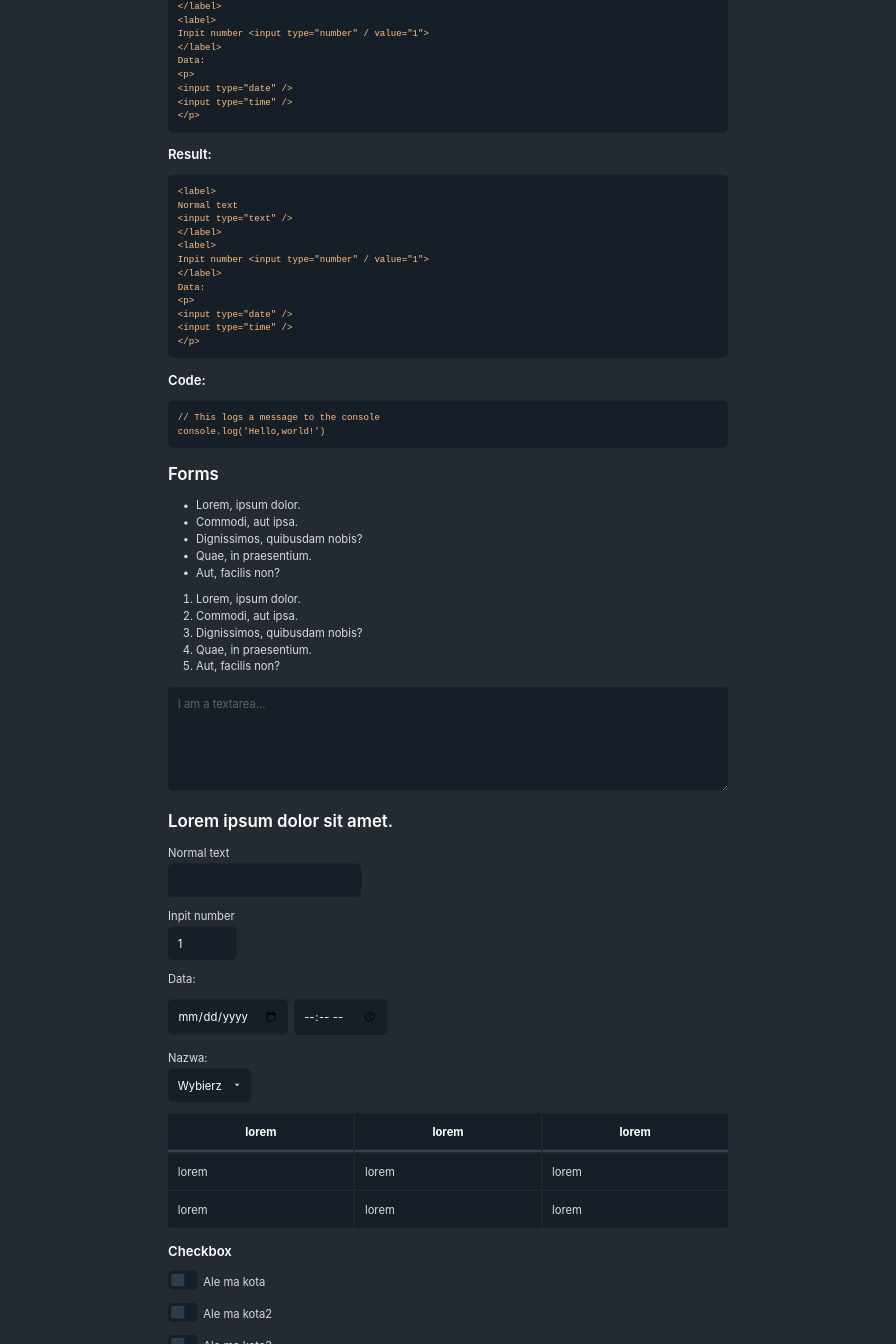
Repository: KozakBartosz/Draft
Page: index.html
The author's editor kept a copy of each file at every save. The page is drawn from the files as they stood at one save, then again after the next save.
The browser window is 1280 px wide. The pictures show the part of the page from y = 611 to 2531 px (the page is 4439 px tall before and 4512 px after), at 70% of full size.

Above is the page before, as saved 2019-04-12 08:37:57.

### index.html
<!DOCTYPE html>
<html lang="en">
	<head>
		<meta charset="UTF-8" />
		<meta name="viewport" content="width=device-width, initial-scale=1.0" />
		<meta http-equiv="X-UA-Compatible" content="ie=edge" />
		<title>Draft.css</title>
		<link rel="stylesheet" href="draft.css" />
	</head>
	<body>
		<h1><input type="checkbox" checked="checked" /> Draft.css</h1>
		<div style="float: right">
			Thema:
			<select name="" id="changethema">
				<option value="0">Defult</option>
				<option value="1">Defult mini</option>
				<option value="2">Light</option>
				<option value="3">Blood</option>
				<option value="4">Matrix</option>
			</select>
		</div>
		<h1>The most simple css framwork</h1>
		<h2>What is draft.css</h2>
		<p>
			Framwork is targeted at quickly creating prototypes of forms and
			simple template. Designed to written html code looked beautiful and
			did not require any class and non-standard elements.
		</p>
		<h2>How use</h2>
		<p>All you have to do is add this code to the head section:</p>

		<pre><code>&lt;link rel="stylesheet" href="https://kozakbartosz.pl/draft/def.css" /&gt;</code></pre>

		<h1>Examples:</h1>

		<h3>Code:</h3>

		<pre><code>&lt;label&gt;<br />Normal text<br />&lt;input type="text" /&gt;<br />&lt;/label&gt;<br />&lt;label&gt;<br />Inpit number &lt;input type="number" / value="1"&gt;<br />&lt;/label&gt;<br />Data:<br />&lt;p&gt;<br />&lt;input type="date" /&gt;<br />&lt;input type="time" /&gt;<br />&lt;/p&gt;</code></pre>
		<h3>Result:</h3>

		<pre><code>&lt;label&gt;<br />Normal text<br />&lt;input type="text" /&gt;<br />&lt;/label&gt;<br />&lt;label&gt;<br />Inpit number &lt;input type="number" / value="1"&gt;<br />&lt;/label&gt;<br />Data:<br />&lt;p&gt;<br />&lt;input type="date" /&gt;<br />&lt;input type="time" /&gt;<br />&lt;/p&gt;</code></pre>

		<h3>Code:</h3>
		<pre><code>// This logs a message to the console<br />console.log('Hello,world!')</code></pre>

		<h2>Forms</h2>

		<ul>
			<li>Lorem, ipsum dolor.</li>
			<li>Commodi, aut ipsa.</li>
			<li>Dignissimos, quibusdam nobis?</li>
			<li>Quae, in praesentium.</li>
			<li>Aut, facilis non?</li>
		</ul>
		<ol>
			<li>Lorem, ipsum dolor.</li>
			<li>Commodi, aut ipsa.</li>
			<li>Dignissimos, quibusdam nobis?</li>
			<li>Quae, in praesentium.</li>
			<li>Aut, facilis non?</li>
		</ol>
		<textarea
			name="about"
			id="about"
			placeholder="I am a textarea..."
			rows="6"
		></textarea>
		<h2>Lorem ipsum dolor sit amet.</h2>
		<label>
			Normal text
			<input type="text" />
		</label>
		<label>
			Inpit number <input type="number" / value="1">
		</label>
		Data:
		<p>
			<input type="date" />
			<input type="time" />
		</p>
		<label>
			Nazwa:
			<select name="" id="">
				<option value="">Wybierz</option>
				<option value="">jeden</option>
				<option value="">dwa</option>
				<option value="">trzy</option>
			</select>
		</label>

		<table>
			<tr>
				<th>lorem</th>
				<th>lorem</th>
				<th>lorem</th>
			</tr>
			<tr>
				<td>lorem</td>
				<td>lorem</td>
				<td>lorem</td>
			</tr>
			<tr>
				<td>lorem</td>
				<td>lorem</td>
				<td>lorem</td>
			</tr>
		</table>

		<h3>Checkbox</h3>
		<label> <input type="checkbox" /> Ale ma kota </label>

		<label> <input type="checkbox" /> Ale ma kota2 </label>

		<label> <input type="checkbox" /> Ale ma kota3 </label>

		<h3>Radio</h3>
		<label> <input type="radio" name="radio" /> Ale ma kota </label>
		<label> <input type="radio" name="radio" /> Ale ma kota2 </label>
		<label> <input type="radio" name="radio" /> Ale ma kota3 </label>

		<hr />

		<h2>Search</h2>

		<fieldset class="search">
			<legend>Szukaj</legend>
			<form action="produkty,szukaj" method="get">
				<input
					type="text"
					name="q"
					placeholder="Wpisz czego szukasz..."
				/>
				<button>Szukaj</button>
			</form>
		</fieldset>

		<h2>Change button color by html</h2>

		<h2>Code</h2>
		<pre><code>&lt;button&gt;Exit&lt;/button&gt;<br>&lt;button style="--button: #7e1616; --buttonhover: #b40d0d;"&gt;
	Ok<br>&lt;/button&gt;</code></pre>

		<h3>result</h3>
		<button>Exit</button>
		<button style="--button: #7e1616; --buttonhover: #b40d0d;">
			Ok
		</button>

		<h2>Details</h2>

		<details>
			<summary>Szczypta detali</summary>
			<p>Informacje szczegółowe na dany temat.</p>
		</details>

		<details open>
			<summary>Jeszcze wiecej szczegółów</summary>
			<p>Tu jest jeszcze wiecej informacji szczegółowych</p>
		</details>

		<h2>Real Form</h2>

		<form>
			<label for="email">Email</label>
			<input
				type="email"
				name="email"
				id="email"
				placeholder="john.doe@gmail.com"
			/>

			<label for="id">User id (read only)</label>
			<input readonly="" name="id" id="id" value="04D6H89Z" />

			<label for="disabled">Random disabled input</label>
			<input
				disabled=""
				name="disabled"
				id="disabled"
				placeholder="Because why not?"
			/>

			<label for="about">About me</label>

			<input type="checkbox" name="remember" id="remember" checked="" />
			<label for="remember">Remember me</label>

			<input type="submit" />
		</form>

		<p>
			<strong>Lorem ipsum</strong> dolor sit,
			<a href="">amet consectetur adipisicing</a> elit.
			<i>Hic nobis</i> atque eligendi voluptatum doloribus rem praesentium
			veniam quo delectus explicabo, architecto ipsam ipsa unde vitae
			excepturi iusto nesciunt placeat ducimus.
		</p>
		<p>
			Lorem ipsum dolor sit amet consectetur adipisicing elit. Enim saepe
			quisquam delectus accusantium nam recusandae obcaecati ullam, non
			neque <a href="">commodi modi tempore </a>magni magnam. Tenetur
			officiis mollitia facere libero sint.
		</p>
		<h4>Lorem ipsum dolor sit amet.</h4>
		<p>
			Lorem ipsum dolor, sit amet consectetur adipisicing elit. Possimus,
			vero quibusdam. Rerum libero nihil aspernatur, ipsam vel voluptatem
			inventore quasi. Odit, sapiente? Delectus beatae laudantium sapiente
			cupiditate et libero? Corrupti.
		</p>

		<button>Send</button>
		<script>
			var themes = [
				[
					{ brand: "#41adff" },
					{ mainbg: "#232a31" },
					{ mainpaddng: "14px" },
					{ radius: "7px" },

					{ low: "#161f27" },
					{ like: "#2b3c4b" },
					{ midi: "#324759" },
					{ hight: "#0b7392" },

					{ text: "#dbdbdb" },
					{ textContrast: "#fff" },

					{ code: "#ffbe85" },

					{ button: "#2b3c4a" },
					{ buttonhover: "#334a5e" },
					{ buttontext: "#fff" },

					{ fillhover: "#1b2731" }
				],
				[
					{ brand: "#41adff" },
					{ mainbg: "#232a31" },
					{ mainpaddng: "12px" },
					{ radius: "12px" },

					{ low: "#161f27" },
					{ like: "#2b3c4b" },
					{ midi: "#324759" },
					{ hight: "#0b7392" },

					{ text: "#dbdbdb" },
					{ textContrast: "#fff" },

					{ code: "#ffbe85" },

					{ button: "#2b3c4a" },
					{ buttonhover: "#334a5e" },
					{ buttontext: "#fff" },

					{ fillhover: "#1b2731" }
				],
				[
					{ brand: "#41adff" },
					{ mainbg: "#ffffff" },
					{ mainpaddng: "14px" },
					{ radius: "7px" },

					{ low: "#e8f1fa" },
					{ like: "#cfe2f7" },
					{ midi: "#b2cee7" },
					{ hight: "#1db5e4" },

					{ text: "#3f4646" },
					{ textContrast: "#1a1f1f" },

					{ code: "#20595f" },

					{ button: "#3dcca1" },
					{ buttonhover: "#34e0ad" },
					{ buttontext: "#fff" },

					{ fillhover: "#e8f5ff" }
				],
				[
					{ mainpaddng: "18px" },
					{ radius: "3px" },
					{ brand: "#c21a1a" },
					{ mainbg: "#312323" },

					{ code: "#ffbe85" },

					{ text: "#dbdbdb" },
					{ textContrast: "#fff" },

					{ button: "#4a2b2b" },
					{ buttonhover: "#5e3333" },
					{ buttontext: "#fff" },

					{ fillhover: "#311b1b" },

					{ low: "#271616" },
					{ like: "#4b2b2b" },
					{ midi: "#593232" },
					{ hight: "#800f0f" }
				],
				[
					{ mainpaddng: "11px" },
					{ radius: "13px" },
					{ brand: "#1ac260" },
					{ mainbg: "#233126" },

					{ code: "#c0ff85" },

					{ text: "#dbdbdb" },
					{ textContrast: "#fff" },

					{ button: "#324a2b" },
					{ buttonhover: "#385e33" },
					{ buttontext: "#fff" },

					{ fillhover: "#1b3122" },

					{ low: "#162717" },
					{ like: "#2b4b2e" },
					{ midi: "#32593f" },
					{ hight: "#0f803a" }
				]
			];

			let changethema = document.getElementById("changethema");
			let root = document.documentElement;
			changethema.addEventListener("change", e => {
				console.log(e);
				var theme = themes[e.target.value];
				theme.forEach(element => {
					var k = Object.keys(element)[0];
					root.style.setProperty("--" + k, element[k]);
				});
			});
		</script>
	</body>
</html>

### draft.css
/* TO DO */
/* <details> */
:root {
	--brand: #41adff;
	--mainbg: #232a31;
	--mainpaddng: 14px;
	--radius: 7px;

	--low: #161f27;
	--like: #2b3c4b;
	--midi: #324759;
	--hight: #0b7392;

	--text: #dbdbdb;
	--textContrast: #fff;

	--code: #ffbe85;

	--button: #2b3c4a;
	--buttonhover: #334a5e;
	--buttontext: #fff;

	--fillhover: #1b2731;
}
/*
:root {
	--brand: #41adff;
	--mainbg: #ffffff;
	--mainpaddng: 14px;
	--radius: 7px;

	--low: #e8f1fa;
	--like: #cfe2f7;
	--midi: #b2cee7;
	--hight: #1db5e4;

	--text: #3f4646;
	--textContrast: #1a1f1f;

	--code: #20595f;

	--button: #3dcca1;
	--buttonhover: #34e0ad;
	--buttontext: #fff;

	--fillhover: #e8f5ff;
} */

/* :root {
	--mainpaddng: 18px;
	--radius: 3px;
	--brand: #c21a1a;
	--mainbg: #312323;

	--code: #ffbe85;

	--text: #dbdbdb;
	--textContrast: #fff;

	--button: #4a2b2b;
	--buttonhover: #5e3333;
	--buttontext: #fff;

	--fillhover: #311b1b;

	--low: #271616;
	--like: #4b2b2b;
	--midi: #593232;
	--hight: #800f0f;
} */

/* :root {
	--mainpaddng: 11px;
	--radius: 13px;
	--brand: #1ac260;
	--mainbg: #233126;

	--code: #c0ff85;

	--text: #dbdbdb;
	--textContrast: #fff;

	--button: #324a2b;
	--buttonhover: #385e33;
	--buttontext: #fff;

	--fillhover: #1b3122;

	--low: #162717;
	--like: #2b4b2e;
	--midi: #32593f;
	--hight: #0f803a;
} */
body {
	font-family: -apple-system, BlinkMacSystemFont, "Segoe UI", "Roboto",
		"Oxygen", "Ubuntu", "Cantarell", "Fira Sans", "Droid Sans",
		"Helvetica Neue", sans-serif;
	line-height: 1.5;
	max-width: 800px;
	margin: 20px auto;
	padding: 0 var(--mainpaddng);
	color: var(--text);
	background: var(--mainbg);
	text-rendering: optimizeLegibility;
}

label {
	display: block;
}

button,
input,
textarea {
	vertical-align: middle;
	transition: background-color 0.2s ease, box-shadow 0.2s ease,
		transform 0.2s ease;
}
h1 {
	font-size: 2.2em;
	margin-top: 0;
}
h1,
h2,
h3,
h4,
h5,
h6 {
	margin-bottom: 12px;
}
h1,
h2,
h3,
h4,
h5,
h6,
strong {
	color: var(--textContrast);
	font-weight: 600;
}
button,
input[type="submit"],
input[type="button"],
input[type="checkbox"],
input[type="radio"] {
	cursor: pointer;
	display: inline-block;
}

input,
select,
button,
textarea {
	/* display: block; */
	color: var(--textContrast);
	background-color: var(--low);
	font-family: inherit;
	font-size: inherit;
	margin: 4px 4px 6px 0;
	padding: var(--mainpaddng);
	border: none;
	border-radius: var(--radius);
	outline: none;
	-webkit-appearance: none;
}
input[type="number"] {
	max-width: calc(var(--mainpaddng) * 5);
}

button:hover,
input:hover,
select:hover,
textarea:hover,
textarea:hover {
	background-color: var(--fillhover);
}

label > input,
label > select {
	display: block;
}

textarea {
	margin-right: 0;
	width: 100%;
	box-sizing: border-box;
	resize: vertical;
}
button,
input[type="submit"],
input[type="button"] {
	color: var(--buttontext);
	background-color: var(--button);
	padding: var(--mainpaddng) calc(var(--mainpaddng) * 2);
}

select {
	padding-right: calc(var(--mainpaddng) * 3);
	background: var(--low)
		url("data:[embedded picture, 198 characters]")
		100% 50%/27px 7px no-repeat;
}

input:focus,
select:focus,
button:focus,
textarea:focus {
	background-color: var(--fillhover);
	box-shadow: 0 0 0 2px var(--hight);
}

button:focus,
input[type="submit"]:focus,
input[type="button"]:focus {
	background-color: var(--buttonhover);
}

button:hover,
input[type="submit"]:hover,
input[type="button"]:hover {
	background-color: var(--buttonhover);
	box-shadow: 0 5px 20px -5px rgba(0, 0, 0, 0.35), 0 3px 0 0 var(--button);
	transform: translateY(-3px);
}
button:active {
	transform: translateY(0px);
	box-shadow: 0 5px 20px -5px rgba(0, 0, 0, 0.35);
}

input:disabled {
	cursor: not-allowed;
	opacity: 0.5;
}

input[type="radio"],
input[type="checkbox"] {
	margin-top: -2px;
	transition: background-color 0.25s ease,
		box-shadow 0.25s cubic-bezier(0.53, 1.59, 0.51, 1);
}
input[type="checkbox"] {
	background-color: var(--like);
	width: calc(var(--mainpaddng) * 3);
	box-shadow: calc(var(--mainpaddng) * -1) 0 0 calc(var(--mainpaddng) / 3)
			var(--low) inset,
		0 0 0 calc(var(--mainpaddng) / 3) var(--low) inset;
}
input[type="checkbox"]:hover,
input[type="radio"]:hover {
	background-color: var(--midi);
}
input[type="checkbox"]:focus {
	box-shadow: calc(var(--mainpaddng) * -1) 0 0 calc(var(--mainpaddng) / 3)
			var(--low) inset,
		0 0 0 calc(var(--mainpaddng) / 3) var(--low) inset,
		0 0 0 2px var(--hight);
}

input[type="radio"] {
	border-radius: 100%;
	box-shadow: 0 0 0 calc(var(--mainpaddng) / 2) var(--low) inset;
}
input[type="checkbox"]:checked,
input[type="radio"]:checked {
	box-shadow: 0 0 0 calc(var(--mainpaddng) / 3) var(--low) inset,
		0 0 0 2px var(--hight), 0 0 0 1px var(--low);
	background-color: var(--brand);
}

input[type="checkbox"]:checked {
	box-shadow: var(--mainpaddng) 0 0 calc(var(--mainpaddng) / 3) var(--low)
			inset,
		0 0 0 calc(var(--mainpaddng) / 3) var(--low) inset,
		0 0 0 2px var(--hight);
}

::placeholder {
	color: #636363;
}
a {
	text-decoration: none;
	color: var(--hight);
}
a:hover {
	text-decoration: underline;
	color: var(--brand);
}
ul,
ol,
label,
code,
p {
	margin: var(--mainpaddng) 0;
}

code,
kbd {
	background: var(--low);
	color: var(--code);
	padding: var(--mainpaddng);
	border-radius: var(--radius);
}
/* pre {
	margin: 0 calc(var(--mainpaddng) * -1);
} */
pre > code {
	display: block;
	overflow-x: auto;
}
img {
	max-width: 100%;
}
hr {
	margin: var(--mainpaddng) 0;
	border: none;
	height: 3px;
	border-radius: calc(var(--radius) / 6);
	background: var(--midi);
}
fieldset {
	border: 3px solid var(--midi);
	border-radius: var(--radius);
}
fieldset > legend {
	font-weight: 600;
	color: var(--textContrast);
	padding: calc(var(--mainpaddng) / 2) calc(var(--mainpaddng));
}

details {
	border: 3px solid var(--midi);
	border-radius: var(--radius);
	background: var(--like);
}

table {
	/* border-collapse: collapse; */
	margin: var(--mainpaddng) -2px;
	border-radius: calc(var(--radius) + 4px);
	width: calc(100% + 4px);
	overflow: hidden;
	border-spacing: 2px;
}
td,
th {
	padding: var(--mainpaddng);
	background: var(--low);
}
th {
	border-bottom: 3px solid var(--midi);
	color: var(--textContrast);
}
tr:hover td,
tr:hover th {
	background-color: var(--fillhover);
}

After the next save:
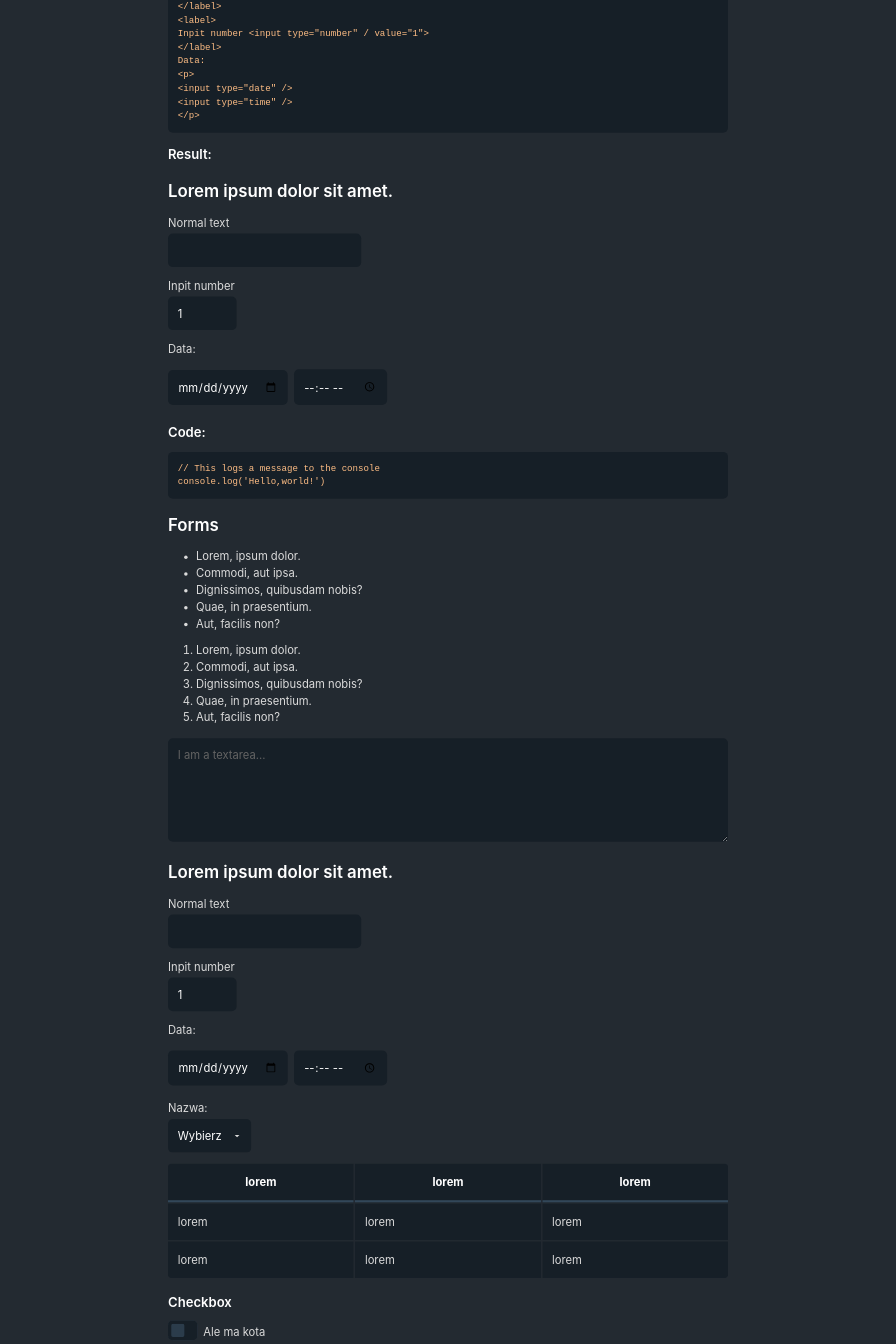
Saved 27 s later.
--- a/index.html
+++ b/index.html
@@ -37,8 +37,19 @@
 
 		<pre><code>&lt;label&gt;<br />Normal text<br />&lt;input type="text" /&gt;<br />&lt;/label&gt;<br />&lt;label&gt;<br />Inpit number &lt;input type="number" / value="1"&gt;<br />&lt;/label&gt;<br />Data:<br />&lt;p&gt;<br />&lt;input type="date" /&gt;<br />&lt;input type="time" /&gt;<br />&lt;/p&gt;</code></pre>
 		<h3>Result:</h3>
-
-		<pre><code>&lt;label&gt;<br />Normal text<br />&lt;input type="text" /&gt;<br />&lt;/label&gt;<br />&lt;label&gt;<br />Inpit number &lt;input type="number" / value="1"&gt;<br />&lt;/label&gt;<br />Data:<br />&lt;p&gt;<br />&lt;input type="date" /&gt;<br />&lt;input type="time" /&gt;<br />&lt;/p&gt;</code></pre>
+		<h2>Lorem ipsum dolor sit amet.</h2>
+		<label>
+			Normal text
+			<input type="text" />
+		</label>
+		<label>
+			Inpit number <input type="number" / value="1">
+		</label>
+		Data:
+		<p>
+			<input type="date" />
+			<input type="time" />
+		</p>
 
 		<h3>Code:</h3>
 		<pre><code>// This logs a message to the console<br />console.log('Hello,world!')</code></pre>
